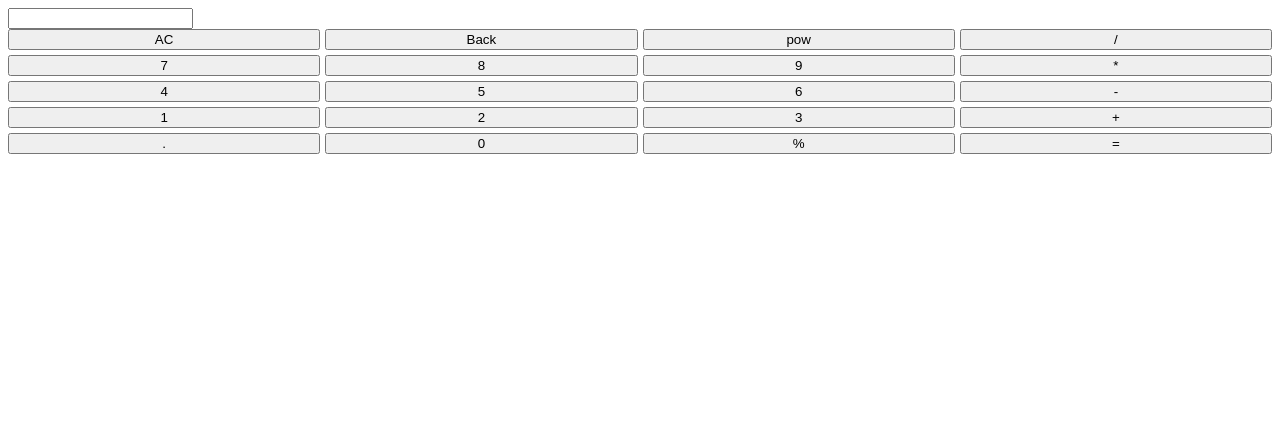
Repository: SakthivelDurai47/calculator
Page: index.html
The author's editor kept a copy of each file at every save. The page is drawn from the files as they stood at one save, then again after the next save.
The browser window is 1280 px wide. The pictures show the whole page.

Above is the page before, as saved 2025-04-13 15:06:23.

After the next save:
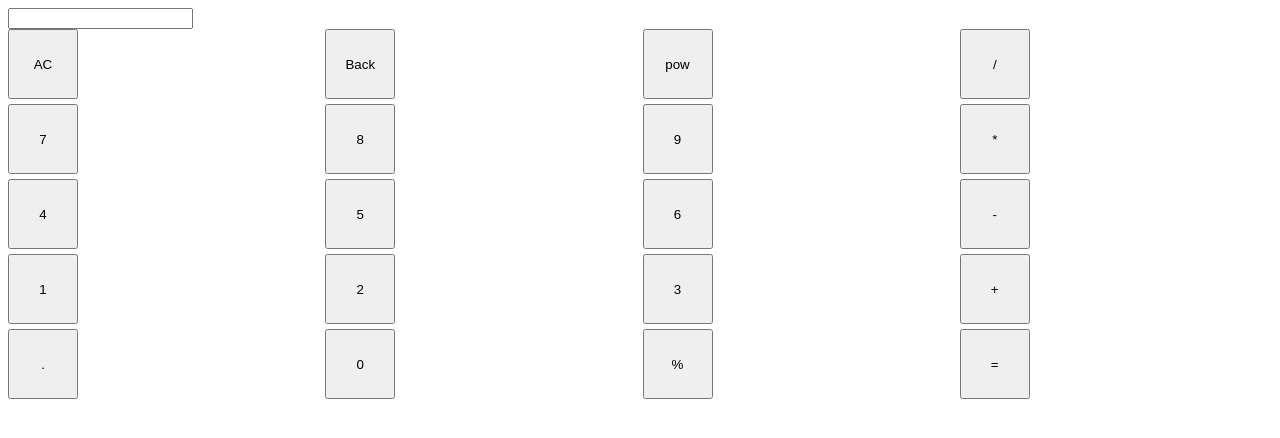
Saved 69 s later.
--- a/styles.css
+++ b/styles.css
@@ -3,3 +3,7 @@
   grid-template-columns: repeat(4, 1fr);
   gap: 5px;
 }
+button {
+  width: 70px;
+  height: 70px;
+}
